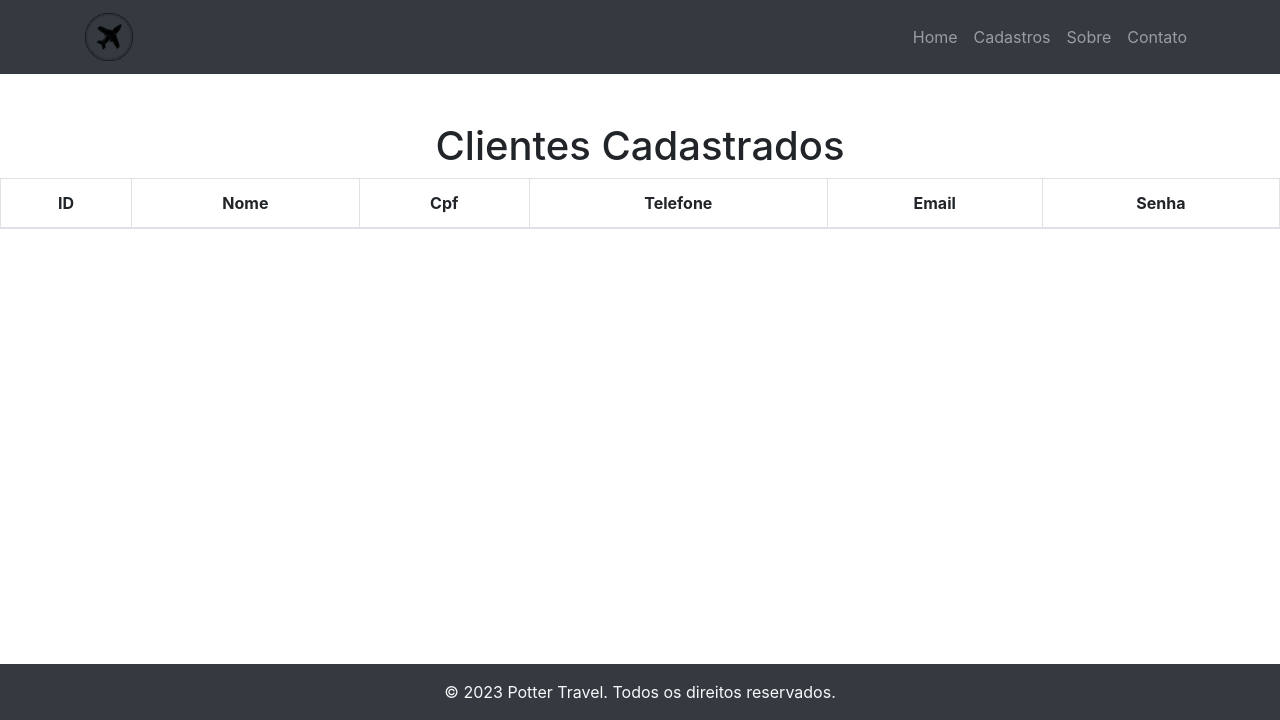
Repository: marcelledssantos/PotterTravel-MVC
Page: http://localhost/PotterTravel-MVC/ReadController
An editor plug-in stored every save of this project. The page is shown before and after the next save, followed by the edit.
The browser window is 1280 px wide. The pictures show the whole page.
Some web libraries are served in a nearby version. The page is served by Tomcat 9. Other server files are loaded and not shown. Queries for data that is not in the repository find no rows.

Above is the page before, as saved 2023-11-03 00:18:27.

### PotterTravel-MVC/src/main/webapp/clientes.jsp
<%@ page language="java" contentType="text/html; charset=UTF-8"
	pageEncoding="UTF-8"%>

	<%@ taglib prefix="jstl" uri="http://java.sun.com/jsp/jstl/core"%>

<!DOCTYPE html>
<html>
<head>
<meta charset="UTF-8">
<title>Clientes Cadastrados</title>
<!-- Inclua o link para o Bootstrap via CDN -->

<link rel="stylesheet"
	href="https://maxcdn.bootstrapcdn.com/bootstrap/4.5.2/css/bootstrap.min.css">
</head>
<body class="text-center">
    <!-- Cabeçalho -->
     <header>
        <nav class="navbar navbar-expand-lg navbar-dark  bg-dark text-light">
            <div class="container">
                <a class="navbar-brand" href="#"><img src="./Icon/aviao.png" height="48px"></a>
                <button class="navbar-toggler" type="button" data-toggle="collapse" data-target="#navbarNav" aria-controls="navbarNav" aria-expanded="false" aria-label="Toggle navigation">
                    <span class="navbar-toggler-icon"></span>
                </button>
                <div class="collapse navbar-collapse" id="navbarNav">
                    <ul class="navbar-nav ml-auto">
                        <li class="nav-item">
                            <a class="nav-link" href="index.html">Home</a>
                        </li>
                        <li class="nav-item">
                            <a class="nav-link" href="ReadController">Cadastros</a>
                        </li>
                        <li class="nav-item">
                            <a class="nav-link" href="#sobre">Sobre</a>
                        </li>
                        <li class="nav-item">
                            <a class="nav-link" href="#contato">Contato</a>
                        </li>
                    </ul>
                </div>
            </div>
        </nav>
    </header>
	<h1 class="mt-5">Clientes Cadastrados</h1>
		<table class="table table-bordered">
			<thead>
				<tr>
					<th>ID</th>
					<th>Nome</th>
					<th>Cpf</th>
					<th>Telefone</th>
					<th>Email</th>
					<th>Senha</th>
				</tr>
			</thead>
			<tbody>
				<jstl:forEach items="${clientes}" var="cliente">
					<tr>
						<td>${cliente.id}</td>
						<td>${cliente.nome}</td>
						<td>${cliente.cpf}</td>
						<td>${cliente.telefone}</td>
						<td>${cliente.email}</td>
						<td>${cliente.senha}</td>
						<td>
							<td>
							<a href="UpdateController?id=${cliente.id}"
								onclick="return confirm('Deseja atualizar?')"
							class="btn btn-danger">Atualizar</a>
							<a href="DeleteController?id=${cliente.id}"
							onclick="return confirm('Deseja Excluir?')"
							class="btn btn-danger">Excluir</a>
						</td>
					</tr>
				</jstl:forEach>
			</tbody>
		</table>
	 <!-- Rodapé -->
    <footer class="bg-dark text-light text-center py-3 fixed-bottom">
        &copy; 2023 Potter Travel. Todos os direitos reservados.
    </footer>
	<!-- Inclua os scripts do Bootstrap via CDN -->
	<script src="https://code.jquery.com/jquery-3.5.1.slim.min.js"></script>
	<script
		src="https://cdn.jsdelivr.net/npm/@popperjs/core@2.5.3/dist/umd/popper.min.js"></script>
	<script
		src="https://maxcdn.bootstrapcdn.com/bootstrap/4.5.2/js/bootstrap.min.js"></script>

</body>
</html>

### PotterTravel-MVC/src/main/java/controller/ReadController.java
package controller;

import java.io.IOException;
import java.util.List;
import javax.servlet.RequestDispatcher;
import javax.servlet.ServletException;
import javax.servlet.annotation.WebServlet;
import javax.servlet.http.HttpServlet;
import javax.servlet.http.HttpServletRequest;
import javax.servlet.http.HttpServletResponse;

import dao.ClienteDAO;
import model.Cliente;

@WebServlet("/ReadController")
public class ReadController extends HttpServlet {
	private static final long serialVersionUID = 1L;

	protected void doGet(HttpServletRequest req, HttpServletResponse res)
			throws ServletException, IOException {
		try {
			ClienteDAO cDAO = new ClienteDAO();
			List<Cliente> clientes = cDAO.findClientes();
			req.setAttribute("clientes", clientes);

			RequestDispatcher rd = req.getRequestDispatcher("clientes.jsp");
			rd.forward(req, res);


		} catch (Exception e) {
			e.printStackTrace();
		}


	}

}

### PotterTravel-MVC/src/main/java/dao/ClienteDAO.java
package dao;

import java.sql.Connection;
import java.sql.PreparedStatement;
import java.sql.ResultSet;
import java.util.ArrayList;
import java.util.List;
import connectionDataBase.ConnectionDataBase;
import model.Cliente;
public class ClienteDAO {

	public void createCliente(Cliente cliente) {
		String sql = "INSERT INTO cliente(nome, cpf, telefone, email, senha)" + "VALUES(?,?,?,?,?)";

		Connection conn = null;
		PreparedStatement pstm = null;

		try {

			conn = ConnectionDataBase.createConnectionToMySQL();
			pstm = conn.prepareStatement(sql);

			pstm.setString(1, cliente.getNome());
			pstm.setString(2, cliente.getCpf());
			pstm.setString(3, cliente.getTelefone());
			pstm.setString(4, cliente.getEmail());
			pstm.setString(5, cliente.getSenha());
			pstm.execute();

			System.out.println("Cliente criado com sucesso!");

		} catch (Exception e) {
			e.printStackTrace();
		}
	}

	public Cliente findCliente(int id) {
		Cliente cliente= null;
	  String sql = "SELECT * FROM Cliente WHERE id=?";

			Connection conn = null;
			PreparedStatement pstm = null;

			ResultSet rset = null;


			try {
				try {
					conn = ConnectionDataBase.createConnectionToMySQL();
					pstm = conn.prepareStatement(sql);
					rset = pstm.executeQuery();

				while (rset.next()) {
					cliente = new Cliente();
					cliente.setId(rset.getInt("id"));
					cliente.setNome(rset.getString("nome"));
					cliente.setCpf(rset.getString("cpf"));
					cliente.setTelefone(rset.getString("telefone"));
					cliente.setEmail(rset.getString("email"));
					cliente.setSenha(rset.getString("senha"));
				}

			} catch (Exception e) {
				e.printStackTrace();
			} finally {
				try {
					if (rset != null) {
						rset.close();
					}
					if (pstm != null) {
						pstm.close();
					}
					if (conn != null) {
						conn.close();
					}
				} catch (Exception e) {
					e.printStackTrace();
				}
			}
			} finally {

			}
			return cliente;

		}
	public List<Cliente> findClientes() {
		String sql = "SELECT * FROM Cliente";
		List<Cliente> clientes = new ArrayList<Cliente>();

		Connection conn = null;
		PreparedStatement pstm = null;

		ResultSet rset = null;

		try {
			conn = ConnectionDataBase.createConnectionToMySQL();
			pstm = conn.prepareStatement(sql);
			rset = pstm.executeQuery();

			while (rset.next()) {
				Cliente cliente = new Cliente();

				cliente.setId(rset.getInt("id"));
				cliente.setNome(rset.getString("nome"));
				cliente.setCpf(rset.getString("cpf"));
				cliente.setTelefone(rset.getString("telefone"));
				cliente.setEmail(rset.getString("email"));
				cliente.setSenha(rset.getString("senha"));
				clientes.add(cliente);
			}
		} catch (Exception e) {
			e.printStackTrace();

		} finally {
			try {
				if (rset != null) {
					rset.close();
				}
				if (pstm != null) {
					pstm.close();
				}
				if (conn != null) {
					conn.close();
				}
			} catch (Exception e) {
				e.printStackTrace();
			}
		}
		return clientes;
	}

	public void update(Cliente cliente) {

		String sql = "UPDATE cliente SET nome = ?, cpf = ?, telefone = ?, email = ?, senha = ? "
				+ "WHERE id = ?";

		Connection conn = null;
		PreparedStatement pstm = null;

		try {

		conn = ConnectionDataBase.createConnectionToMySQL();
		pstm = conn.prepareStatement(sql);
		pstm.setString(1, cliente.getNome());
		pstm.setString(2, cliente.getCpf());
		pstm.setString(3, cliente.getTelefone());
		pstm.setString(4, cliente.getEmail());
		pstm.setString(5, cliente.getSenha());
		pstm.setInt(6, cliente.getId());
		pstm.execute();

		} catch (Exception e) {

			e.printStackTrace();
		} finally {

			// Fecha as conexões

			try {
				if (pstm != null) {

					pstm.close();
				}

				if (conn != null) {
					conn.close();
				}

			} catch (Exception e) {

				e.printStackTrace();
			}
		}
	}
	public Cliente getClienteById(int id) {

		String sql = "SELECT *FROM  cliente WHERE id = ?";
		Cliente cliente = new Cliente();

		ResultSet rset= null;
		Connection conn = null;
		PreparedStatement pstm = null;

		try {

			conn = ConnectionDataBase.createConnectionToMySQL();
			pstm = conn.prepareStatement(sql);
			pstm.setInt(1, id);
			rset = pstm.executeQuery();

			rset.next();

			cliente.setNome(rset.getString("nome"));
			cliente.setCpf(rset.getString("cpf"));
			cliente.setTelefone(rset.getString("telefone"));
			cliente.setEmail(rset.getString("email"));
			cliente.setSenha(rset.getString("senha"));
			cliente.setId(rset.getInt("id"));

			/*pstm.setString(1, cliente.getNome());
			pstm.setString(2, cliente.getCpf());
			pstm.setString(3, cliente.getTelefone());
			pstm.setString(4, cliente.getEmail());
			pstm.setString(5, cliente.getSenha());
			pstm.setInt(6, cliente.getId());
			pstm.execute();
		*/

		} catch (Exception e) {
			e.printStackTrace();
		} finally {
			try {
				if (pstm != null) {
					pstm.close();
				}
				if (conn != null) {
					conn.close();
				}
			} catch (Exception e) {
				e.printStackTrace();
			}
		}

		return cliente;
	}
	public void removeById(int id) {
		String sql = "DELETE FROM cliente WHERE id = ?";

		Connection conn = null;
		PreparedStatement pstm = null;

		try {
			conn = ConnectionDataBase.createConnectionToMySQL();
			pstm = conn.prepareStatement(sql);
			pstm.setInt(1, id);
			pstm.execute();

		} catch (Exception e) {
			e.printStackTrace();
		} finally {

			try {
				if (pstm != null) {
					pstm.close();
				}
			} catch (Exception e) {
				e.printStackTrace();
			}

		}
	}
 {

	}



}

### PotterTravel-MVC/src/main/java/connectionDataBase/ConnectionDataBase.java
package connectionDataBase;

import java.sql.Connection;
import java.sql.DriverManager;

public class ConnectionDataBase {

	private static final String USERNAME = "root";

	private static final String PASSWORD = "Dorgas100!";

	private static final String DATABASE_URL =
			"jdbc:mysql://localhost:3306/agencia_viagem";

	public static Connection createConnectionToMySQL() throws Exception{
		Class.forName("com.mysql.cj.jdbc.Driver");

		Connection connection =
	DriverManager.getConnection(DATABASE_URL,USERNAME,PASSWORD);
		return connection;
	}
	public static void main(String[] args) throws Exception{
		Connection con = createConnectionToMySQL();
		if(con !=null) {
			System.out.println("Conexão obtida com sucesso" + con);

		}
	}
}

After the next save:
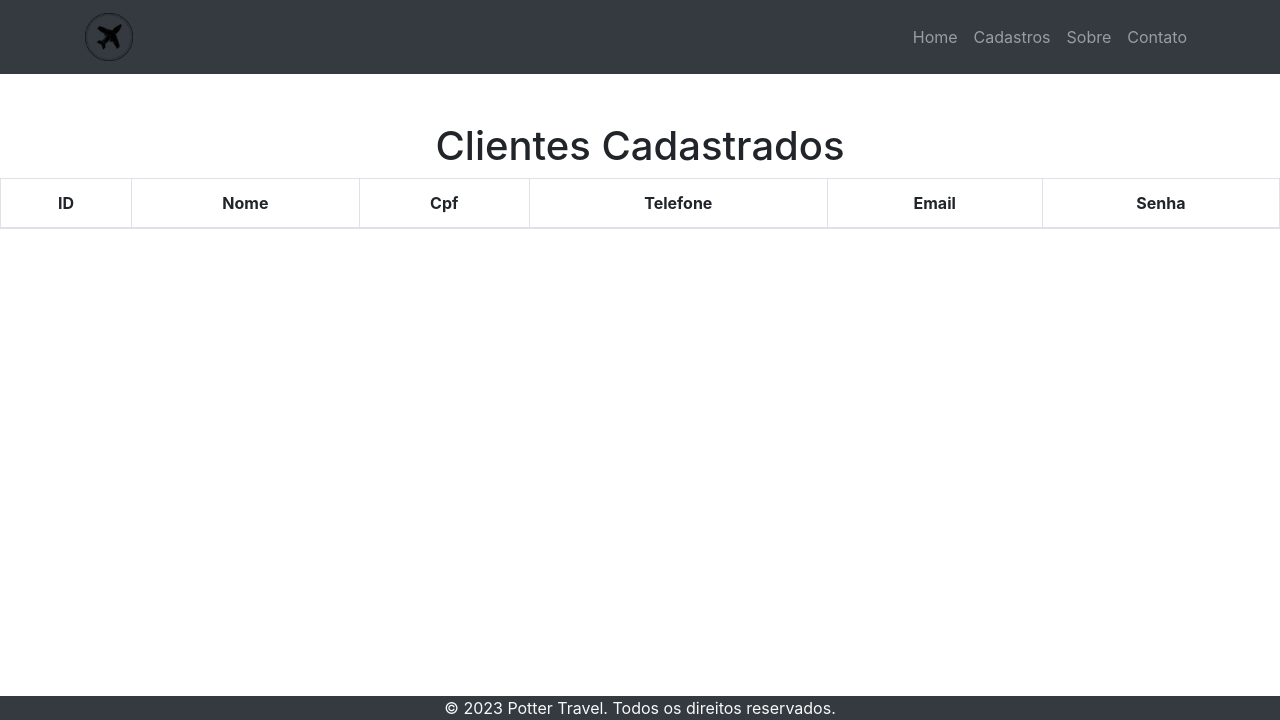
Saved 49 s later.
--- a/PotterTravel-MVC/src/main/webapp/clientes.jsp
+++ b/PotterTravel-MVC/src/main/webapp/clientes.jsp
@@ -66,7 +66,7 @@
 							<td>
 							<a href="UpdateController?id=${cliente.id}"
 								onclick="return confirm('Deseja atualizar?')"
-							class="btn btn-danger">Atualizar</a>
+							class="btn btn-dark">Atualizar</a>
 							<a href="DeleteController?id=${cliente.id}"
 							onclick="return confirm('Deseja Excluir?')"
 							class="btn btn-danger">Excluir</a>
@@ -76,10 +76,12 @@
 			</tbody>
 		</table>
 	 <!-- Rodapé -->
-    <footer class="bg-dark text-light text-center py-3 fixed-bottom">
+
+     <footer class="bg-dark text-light text-center mt -5 fixed-bottom">
         &copy; 2023 Potter Travel. Todos os direitos reservados.
     </footer>
-	<!-- Inclua os scripts do Bootstrap via CDN -->
+
+
 	<script src="https://code.jquery.com/jquery-3.5.1.slim.min.js"></script>
 	<script
 		src="https://cdn.jsdelivr.net/npm/@popperjs/core@2.5.3/dist/umd/popper.min.js"></script>
